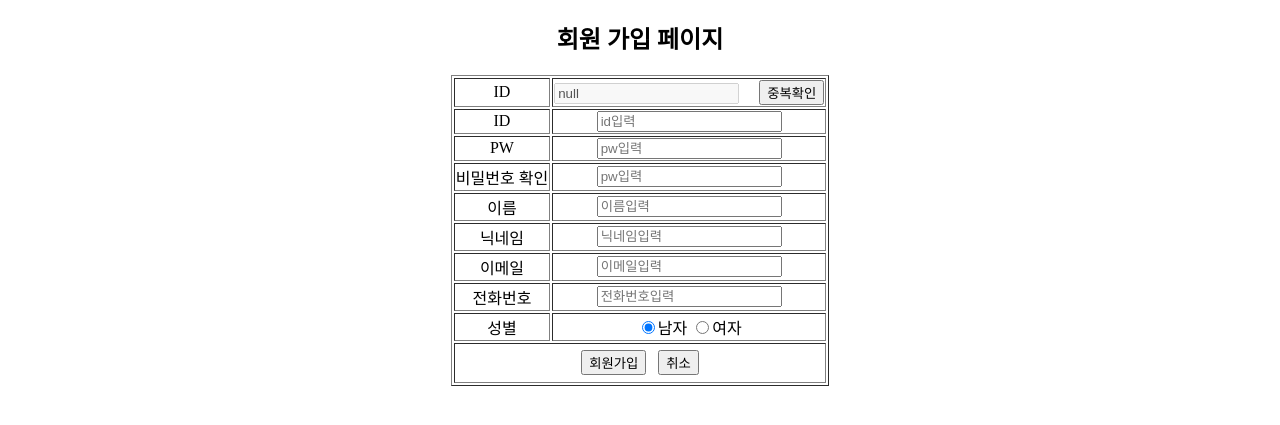
Repository: Served01/Project2_2209
Page: http://localhost/bookReviewProgram/mbInsertform2.jsp
The author's editor kept a copy of each file at every save. The page is drawn from the files as they stood at one save, then again after the next save.
The browser window is 1280 px wide. The pictures show the whole page.
The page is served by Tomcat 9. Other server files are loaded and not shown. Queries for data that is not in the repository find no rows.

Above is the page before, as saved 2022-09-29 06:55:43.

### bookReviewProgram/src/main/webapp/mbInsertform2.jsp
<%@ page language="java" contentType="text/html; charset=UTF-8"
    pageEncoding="UTF-8"%>
<%@ page import="BKRV.member.mbDAO"%>
<%request.setCharacterEncoding("UTF-8");%>
<!DOCTYPE html>
<html>
<head>
<meta charset="UTF-8">
<title>회원가입 페이지</title>
</head>

<style>
table{
margin: auto;
}
</style>

<body>
<%

	mbDAO mdao = new mbDAO();
	String mb_id = request.getParameter("mb_id");
	int check = mdao.duplecateMbid(mb_id);
	if(check==1){
%>
	<script>
	alert("이미 존재하는 아이디입니다.");
	history.go(-1);
	</script>
<% }else{ %>
	<script>
	alert("사용 가능한 아이디입니다.");
	</script>

<h2 align = "center">회원 가입 페이지</h2>

<form action = "mbInsertform2.jsp" method = "post">
	<table border = "1">
	<tr align = "center">

		<td>ID</td>
		<td><input type="text" name="mb_id" value="<%=mb_id %>" disabled />
			&nbsp; &nbsp;
			<button type="submit">중복확인</button></td>
	</tr>
		<tr align = "center">
			<td>ID</td>
			<td><input type = "text" name = "mb_id" placeholder="id입력" required /></td>
		</tr>
		<tr align = "center">
			<td>PW</td>
			<td><input type = "password" name = "mb_pw" placeholder="pw입력" required /></td>
		</tr>
		<tr align = "center">
			<td>비밀번호 확인</td>
			<td><input type = "password" name = "mb_pw2" placeholder="pw입력" required /></td>
		</tr>
		<tr align = "center">
			<td>이름</td>
			<td><input type = "text" name = "mb_name" placeholder="이름입력" required /></td>
		</tr>
		<tr align = "center">
			<td>닉네임</td>
			<td><input type = "text" name = "mb_nick" placeholder="닉네임입력" required /></td>
		</tr>
		<tr align = "center">
			<td>이메일</td>
			<td><input type = "email" name = "mb_email" placeholder="이메일입력" required /></td>
		</tr>
		<tr align = "center">
			<td>전화번호</td>
			<td><input type = "text" name = "mb_tel" placeholder="전화번호입력" required /></td>
		</tr>
		<tr align="center">
			<td>성별</td>
			<td>
				<input type="radio" name="mb_gender" value="1" checked/>남자
				<input type="radio" name="mb_gender" value="2"/>여자
			</td>
		</tr>
		<tr height = "40" align = "center">
			<td colspan = "2">
				<input type = "submit" value = "회원가입"/>&nbsp;&nbsp;
				<input type = "button" onclick="javascript:history.go(-1)" value = "취소"/>
		</tr>
	</table>
</form>
<%} %>
</body>
</html>

### bookReviewProgram/src/main/java/BKRV/member/mbDAO.java
package BKRV.member;

import java.sql.Connection;
import java.sql.DriverManager;
import java.sql.PreparedStatement;
import java.sql.ResultSet;
import java.sql.SQLException;
import java.util.Vector;

public class mbDAO {

	Connection conn = null;
	PreparedStatement pstmt = null;
	ResultSet rs = null;

	public Connection getConnection() {

		String Driver = "oracle.jdbc.OracleDriver";
		String url = "jdbc:oracle:thin:@localhost:1521:xe";
		String dbid = "bookrv";
		String dbpw = "1234";

		try {
			Class.forName(Driver);
			conn = DriverManager.getConnection(url,dbid,dbpw);
			System.out.println("데이터베이스 연동에 성공하였습니다");
		} catch(Exception e) {
			e.printStackTrace();
			System.out.println("데이터베이스 연동에 실패하였습니다");
		}
		return conn;
	}

	//새로운 회원정보 입력
	public void insertmember(mbBean mBean) {

		conn = getConnection();

		try {

			String sql = "insert into member_info values (?,?,?,?,?,sysdate,?)";
			pstmt = conn.prepareStatement(sql);
			pstmt.setString(1, mBean.getMb_id());
			pstmt.setString(2, mBean.getMb_pw());
			pstmt.setString(3, mBean.getMb_name());

			pstmt.setString(4, mBean.getMb_email());
			pstmt.setString(5, mBean.getMb_tel());
			pstmt.setInt(6, mBean.getMb_gender());

			pstmt.executeUpdate();

		} catch(Exception e) {
			e.printStackTrace();
		}
	}


	//회원정보 반환
	public Vector<mbBean> allselectmember(){

			Vector<mbBean> v = new Vector<mbBean>();
			String sql = "select * from member_info";


			try {
				getConnection();

				pstmt = conn.prepareStatement(sql);
				rs = pstmt.executeQuery();

				while(rs.next()) {
					mbBean mBean = new mbBean();
					mBean.setMb_id(rs.getString(1));
					mBean.setMb_pw(rs.getString(2));
					mBean.setMb_name(rs.getString(3));

					mBean.setMb_email(rs.getString(4));
					mBean.setMb_tel(rs.getString(5));
					mBean.setMb_gender(rs.getInt(6));
					v.add(mBean);
				}
				conn.commit();
				conn.close();
				} catch(Exception e){
					e.printStackTrace();
				}

			return v;

		}

	//해당 id에 내용을 반환해 주는 메소드 호출
		public mbBean oneselectmember(String id){

			mbBean mBean = new mbBean();

			try {
				getConnection();

				String sql = "select * from member_info where mb_id = ?";

				pstmt = conn.prepareStatement(sql);
				pstmt.setString(1, id);

				rs = pstmt.executeQuery();

				while(rs.next()) {

					mBean.setMb_id(rs.getString(1));
					mBean.setMb_pw(rs.getString(2));
					mBean.setMb_name(rs.getString(3));

					mBean.setMb_email(rs.getString(4));
					mBean.setMb_tel(rs.getString(5));
					mBean.setMb_gender(rs.getInt(6));
			}
			conn.close();
		}catch (SQLException e) {
			e.printStackTrace();
		}
			return mBean;
		}

		//id에 해당하는 비밀번호를 찾아서 반환하는 메소드 호출
		public String getPassword(String id){
			String password = null;

			try {

				getConnection();

				String sql = "select mb_pw from member_info where mb_id = ?";
				pstmt = conn.prepareStatement(sql);
				pstmt.setString(1, id);
				rs = pstmt.executeQuery();

				if(rs.next()) {
					password = rs.getString(1);
				}
				if(conn != null) {
					conn.close();
				}
			}catch(Exception e) {
				e.printStackTrace();
			}
			return password;
		}

		// id에 해당하는 회원정보를 수정합니다.
		public void updatemember(mbBean mBean){

			try {
				getConnection();

				String sql = "update member_info set mb_email=?, mb_gender=? where mb_id=?";
				pstmt = conn.prepareStatement(sql);

				pstmt.setString(1, mBean.getMb_email());

				pstmt.setInt(2, mBean.getMb_gender());
				pstmt.setString(3, mBean.getMb_id());

				pstmt.executeUpdate();

				if(conn != null) {
					conn.commit();
					conn.close();
				}
			}catch(Exception e) {
				e.printStackTrace();
			}
		}

		// id에 해당하는 회원정보 삭제
		public void deletemember(String mb_id){

			try {
				getConnection();

				String sql = "delete from member_info where mb_id=?";
				pstmt = conn.prepareStatement(sql);

				pstmt.setString(1, mb_id);
				pstmt.executeUpdate();

				if(conn != null) {
					conn.commit();
					conn.close();
				}
			}catch(Exception e) {
				e.printStackTrace();
			}
		}

		//비밀번호 변경 기능
		public void updatepass(String id, String pw){

			try {
				getConnection();

				String sql = "update member_info set mb_pw=? where mb_id=?";
				pstmt = conn.prepareStatement(sql);

				pstmt.setString(1, pw);
				pstmt.setString(2, id);

				pstmt.executeUpdate();

				if(conn != null) {
					conn.commit();
					conn.close();
				}
			}catch(Exception e) {
				e.printStackTrace();
			}
		}

		//로그인을 시도하는 하나의 함수
		public int login(String id, String pass) {

			String sql = "select mb_pw from member_info where mb_id =?";

			try {

				getConnection();

				pstmt = conn.prepareStatement(sql);
				pstmt.setString(1, id);
				rs = pstmt.executeQuery();

				if(rs.next()) {
					if(rs.getString(1).equals(pass)) {
						return 1; // 로그인성공
					}else {
						return 0; // 비밀번호 불일치
					}
				} else {
				return -1; // 아이디가 없음
				}
			} catch (Exception e) {
				e.printStackTrace();
				return -2; // 데이터베이스 오류
			}

		}


		//해당 id에 해당되는 데이터가 있는지 체크하는 기능
				public int onecheckmember(String id){

					int check = 0;

					try {
						getConnection();

						String sql = "select * from member_info where mb_id = ?";

						pstmt = conn.prepareStatement(sql);
						pstmt.setString(1, id);

						rs = pstmt.executeQuery();

						if(rs.next()) {
							check = 1;

						}else {
							check=-1;
						}
					conn.commit();
					conn.close();
				}catch (SQLException e) {
					e.printStackTrace();
				}
					return check;
				}

				//게시판형태 X개당 Y페이지
				public Vector<mbBean> allselectBoard(int startRow, int endRow) {

					conn=getConnection();

					Vector<mbBean> mb  = new Vector<mbBean>();

					try {
						/*


						Rownum - query 결과로 나오게 되는 각각의 행들의 순서 값
								 특정 갯수의 그 이하 행 선택시 사용
						RowID - 테이블에 저장된 각 행들이 저장된 주소 값
								가장 최신 글 가져오기
								Rownum 기준으로 Rnum 별칭 사용하여 Rnum이 srtRow보다 크고 endRow보다 작은 경우에 해당하는 모든 레코드 가져오기


						*/

							String sql = "select * from (select A.*, Rownum Rnum from (select * from member_info order by mb_id)A) where Rnum >= ? and Rnum <= ?";

							pstmt = conn.prepareStatement(sql);
							pstmt.setInt(1, startRow);
							pstmt.setInt(2, endRow);


						rs = pstmt.executeQuery();

						while(rs.next()) {

							mbBean mBean = new mbBean();

							mBean.setMb_id(rs.getString(1));
							mBean.setMb_pw(rs.getString(2));
							mBean.setMb_name(rs.getString(3));

							mBean.setMb_email(rs.getString(4));
							mBean.setMb_tel(rs.getString(5));
							mBean.setMb_gender(rs.getInt(6));

							mb.add(mBean);
							}

						}catch(Exception e) {
							e.printStackTrace();
						}
						return mb;
				}


				//전체회원수 파악 후 반환
				public int getAllcount(){

					conn=getConnection();

					int count = 0;

					try {


							String sql = "select count(*) from member_info";

							pstmt = conn.prepareStatement(sql);

						rs = pstmt.executeQuery();

						if(rs.next()) {
							count = rs.getInt(1);

						}
						if(conn != null) {
							conn.commit();
							conn.close();
						}

					}catch(Exception e) {
						e.printStackTrace();
					}

					return count;
				}


				//일련번호 중복확인
				public int duplecateMbid(String mb_id){

					int check=0;
					conn=getConnection();

					try{

				        String sql = "SELECT * FROM member_INFO WHERE mb_id = ?";

				        pstmt = conn.prepareStatement(sql);

				        pstmt.setString(1, mb_id);

				        rs=pstmt.executeQuery();

				        if(rs.next()){
				        	check=1;
				        } else{
					check=-1;
				    }}catch(Exception e){
				     	System.out.println("아이디 중복 확인 실패 : " + e);
				    }//try end
					return check;
				}//duplecateID end


	}

After the next save:
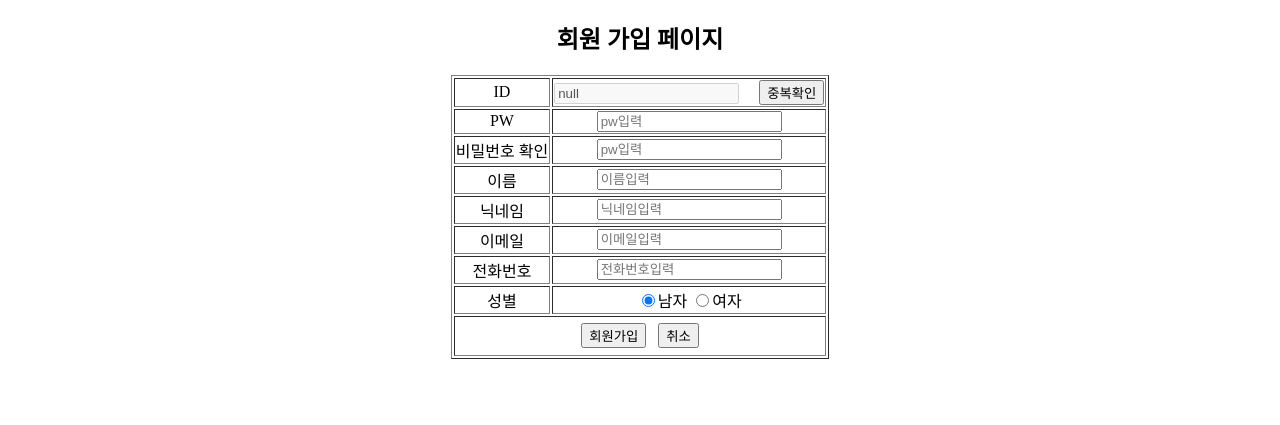
Saved 11 s later.
--- a/bookReviewProgram/src/main/webapp/mbInsertform2.jsp
+++ b/bookReviewProgram/src/main/webapp/mbInsertform2.jsp
@@ -36,16 +36,12 @@ margin: auto;
 
 <form action = "mbInsertform2.jsp" method = "post">
 	<table border = "1">
-	<tr align = "center">
+		<tr align = "center">
 
-		<td>ID</td>
-		<td><input type="text" name="mb_id" value="<%=mb_id %>" disabled />
-			&nbsp; &nbsp;
-			<button type="submit">중복확인</button></td>
-	</tr>
-		<tr align = "center">
 			<td>ID</td>
-			<td><input type = "text" name = "mb_id" placeholder="id입력" required /></td>
+			<td><input type="text" name="mb_id" value="<%=mb_id %>" disabled />
+				&nbsp; &nbsp;
+				<button type="submit">중복확인</button></td>
 		</tr>
 		<tr align = "center">
 			<td>PW</td>
